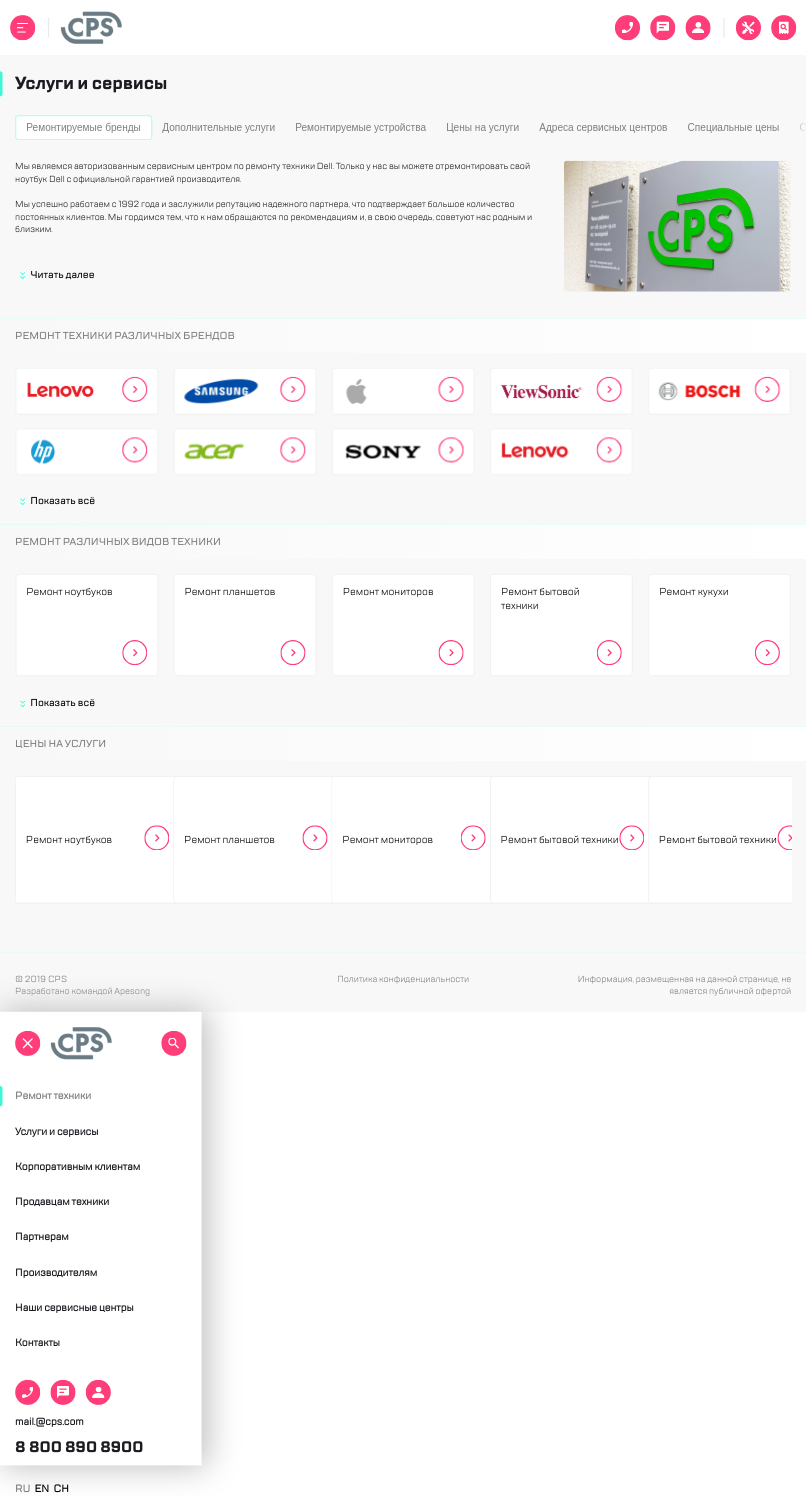
Repository: Dedoxa/WebCoreF
Page: /
These files come from the project's save history. The page is drawn as it stood at one moment and after the next save; the edit follows.
The browser window is 1280 px wide. The pictures show the whole page, at 63% of full size.
The project was rebuilt for these pictures with package versions that can differ from the ones it lists, and the page was loaded fresh each time. Also part of the build but not shown: webpack.config.js.

Above is the page before, as saved 2024-06-15 18:16:41.

After the next save:
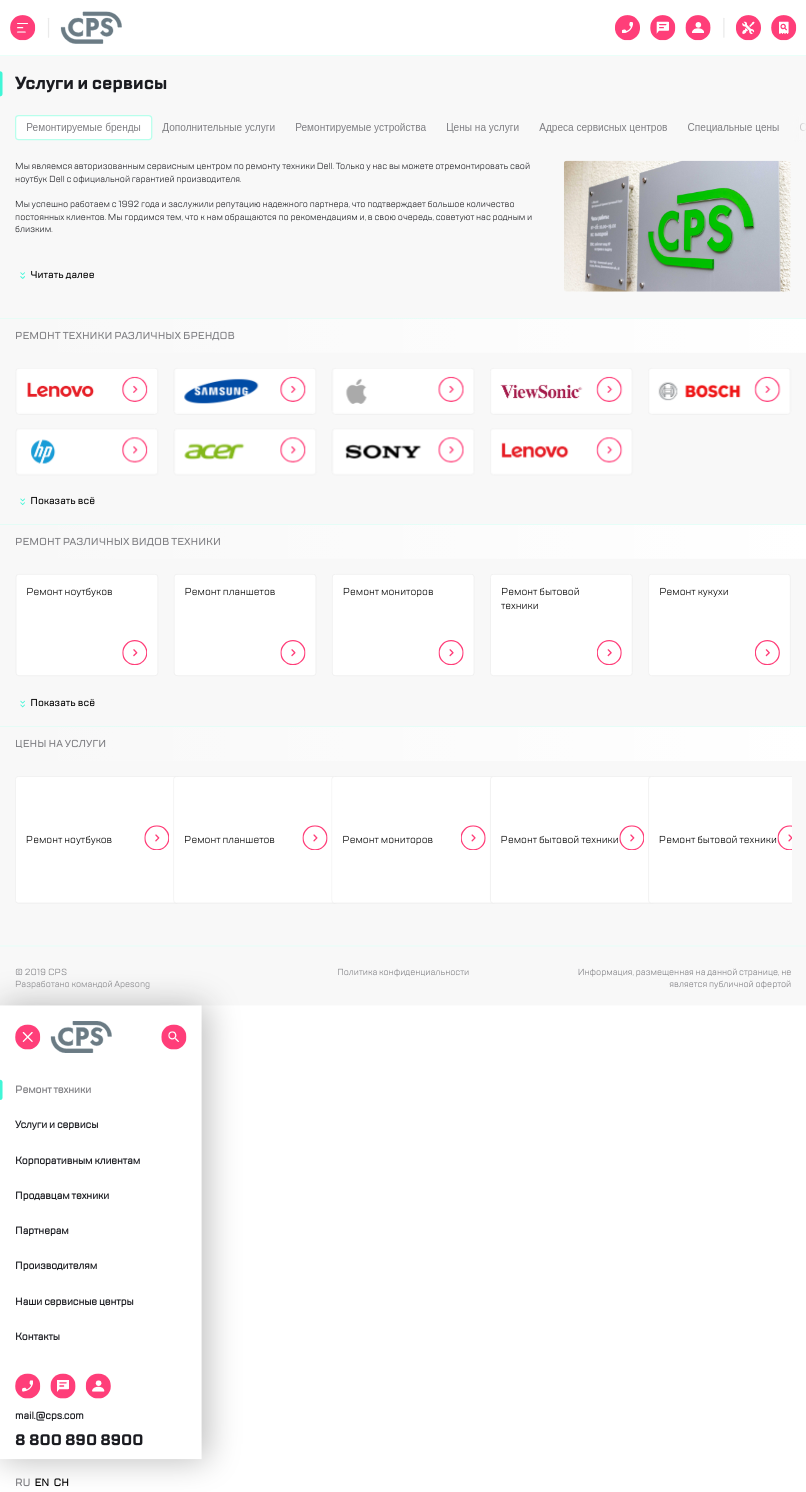
Saved 5 s later.
--- a/src/scss/plates.scss
+++ b/src/scss/plates.scss
@@ -131,7 +131,7 @@
   }
 
   .plates__table-wrapper {
-    height: 255px;
+    height: 245px;
   }
 
   .plates__brand-plate,
